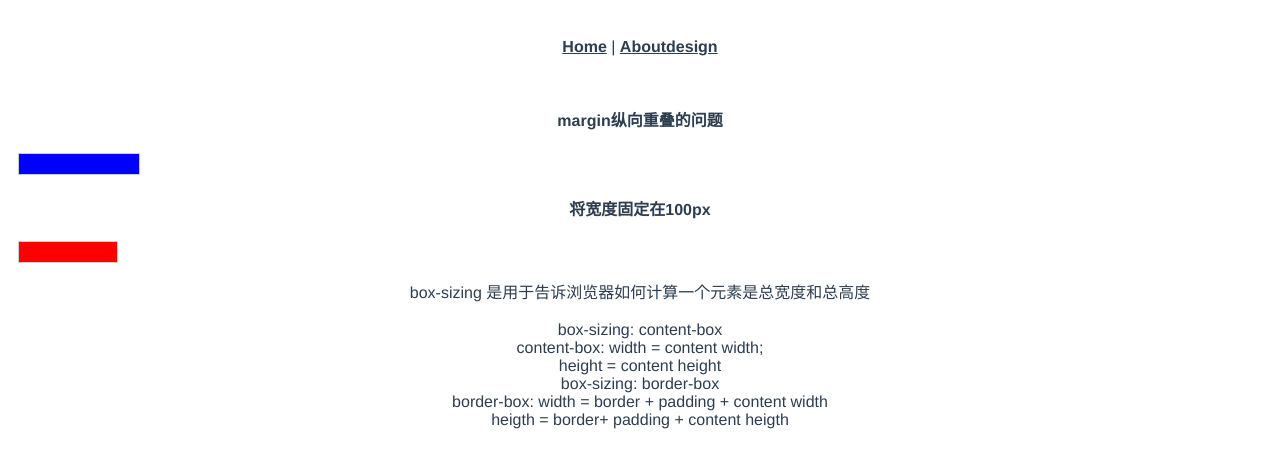
Repository: 1025215705/design
Page: /layout/2 (app in vue-ts/)
An editor plug-in stored every save of this project. The page is shown before and after the next save, followed by the edit.
The browser window is 1280 px wide. The pictures show the whole page.
The project was rebuilt for these pictures with package versions that can differ from the ones it lists, and the page was loaded fresh each time. Also part of the build but not shown: vue-ts/src/components/HelloWorld.vue, vue-ts/src/views/Home.vue, vue-ts/src/practice/design/adaptee.ts, vue-ts/src/practice/design/decorator.ts, vue-ts/src/practice/design/observer.ts, vue-ts/src/practice/design/proxy.ts, vue-ts/src/practice/design/singletonLogin.ts, vue-ts/src/practice/design/userFactory.ts and 4 more.

Above is the page before, as saved 2020-12-11 11:57:38.

After the next save:
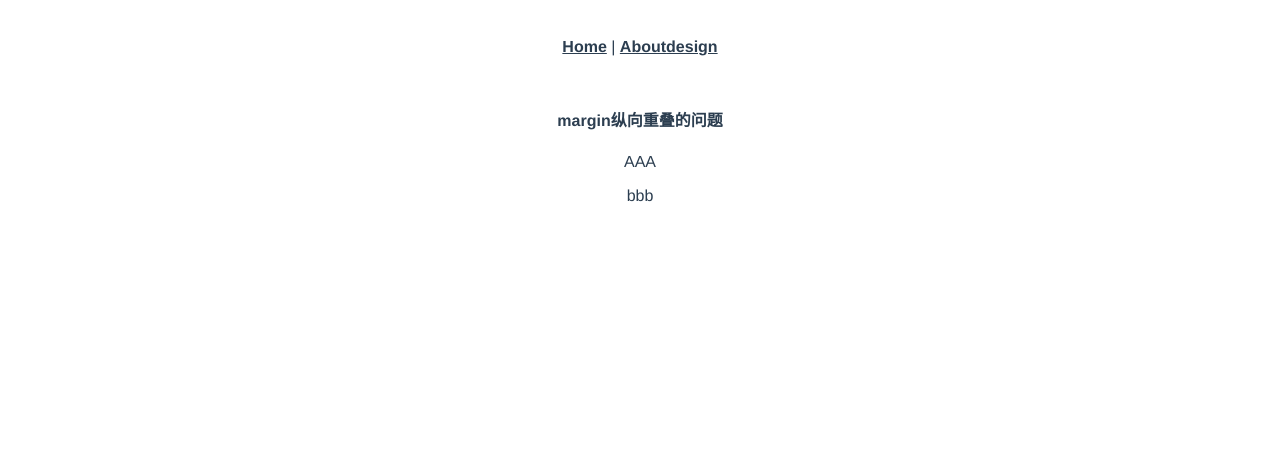
Saved 68 s later.
--- a/vue-ts/src/practice/layout/magrin.vue
+++ b/vue-ts/src/practice/layout/magrin.vue
@@ -1,19 +1,11 @@
 <template>
 	<div>
 		<h4>margin纵向重叠的问题</h4>
-		<div class="box"></div>
-		<h4>将宽度固定在100px</h4>
-		<div class="box2"></div>
-		<p>
-			box-sizing 是用于告诉浏览器如何计算一个元素是总宽度和总高度<br />
-			 <br />
-			box-sizing: content-box <br />
-			content-box: width = content width; <br />
-			height = content height <br />
-			box-sizing: border-box <br />
-			border-box: width = border + padding + content width <br />
-			heigth = border+ padding + content heigth<br />
-		</p>
+		<p>AAA</p>
+        <p></p>
+        <p></p>
+        <p></p>
+        <p>bbb</p>
 	</div>
 </template>
 <script>
